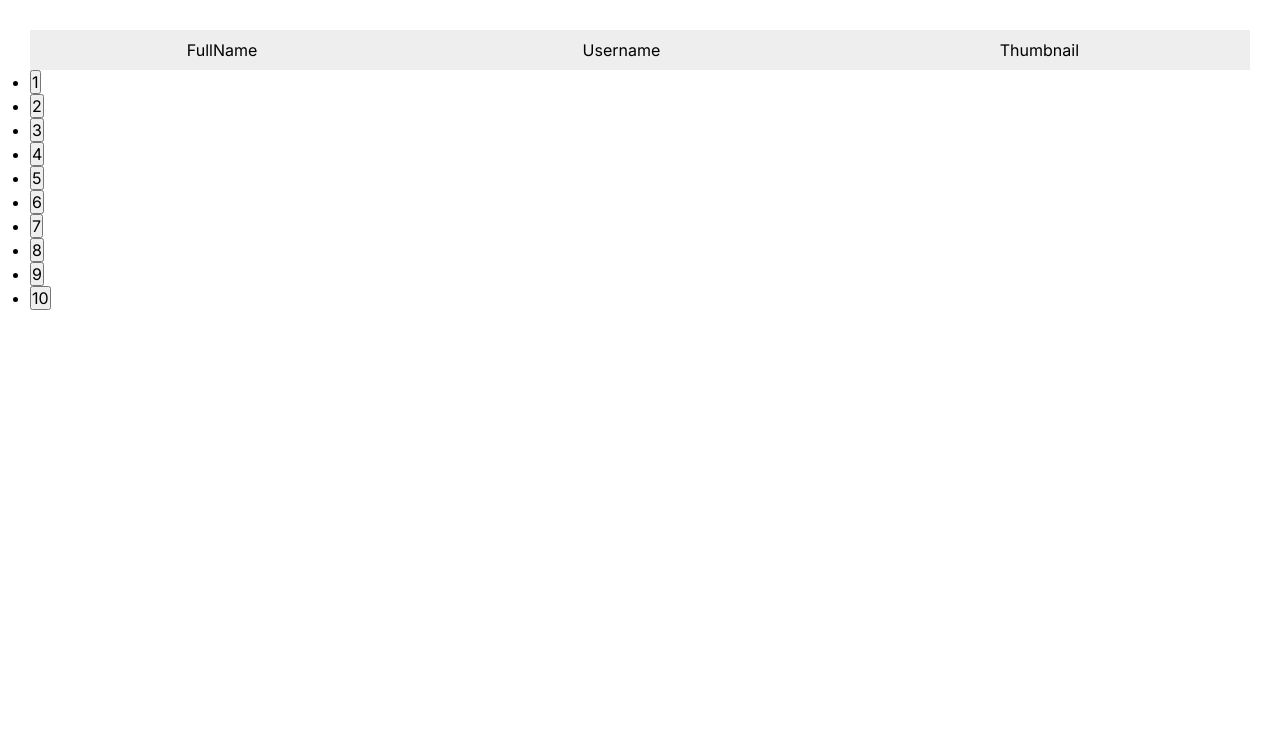
Repository: hoang0508/Test-FrontendReactJs-Twendee
Page: /
An editor plug-in stored every save of this project. The page is shown before and after the next save, followed by the edit.
The browser window is 1280 px wide. The pictures show the whole page.
The page's requests for data from a server got no answer. The project was rebuilt for these pictures with package versions that can differ from the ones it lists, and the page was loaded fresh each time. No one was signed in, and anything a server would have sent is missing.

Above is the page before, as saved 2023-02-06 21:31:50.

After the next save:
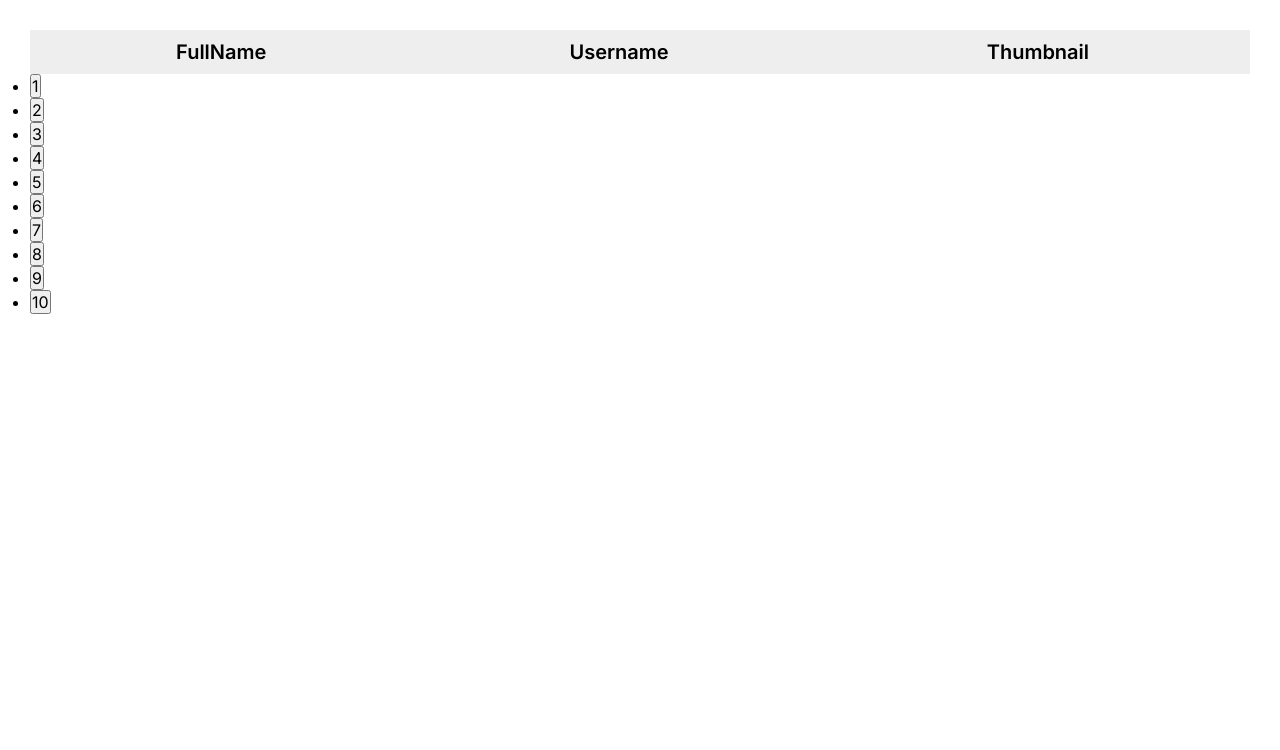
Saved 18 s later.
--- a/src/components/UserTable.scss
+++ b/src/components/UserTable.scss
@@ -10,6 +10,8 @@
     background-color: #eee;
     th {
       padding: 10px;
+      font-size: 20px;
+      font-weight: 600;
     }
   }
 
